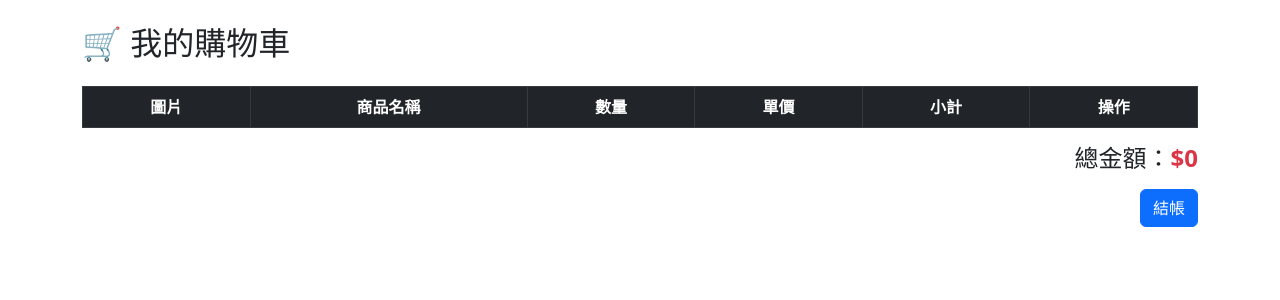
Repository: Yulissa-wu/eshop
Page: echopwsq/src/main/webapp/WEB-INF/views/cart.html
An editor plug-in stored every save of this project. The page is shown before and after the next save, followed by the edit.
The browser window is 1280 px wide. The pictures show the whole page.

Above is the page before, as saved 2025-10-29 01:39:11.

After the next save:
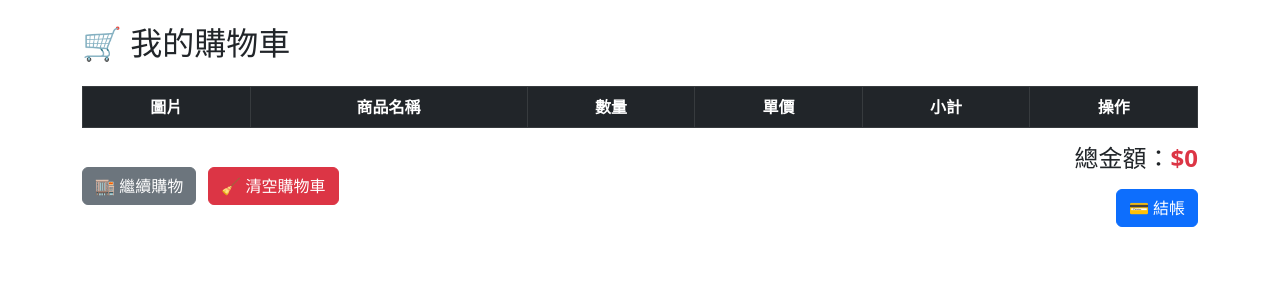
Saved 2 min 10 s later.
--- a/echopwsq/src/main/webapp/WEB-INF/views/cart.html
+++ b/echopwsq/src/main/webapp/WEB-INF/views/cart.html
@@ -8,6 +8,7 @@
 <body>
 <div class="container mt-4">
     <h2 class="mb-4">🛒 我的購物車</h2>
+
     <table class="table table-bordered text-center align-middle">
         <thead class="table-dark">
         <tr>
@@ -24,9 +25,15 @@
         </tbody>
     </table>
 
-    <div class="text-end">
-        <h4>總金額：<span id="cartTotal" class="text-danger fw-bold">$0</span></h4>
-        <button class="btn btn-primary mt-2" onclick="checkout()">結帳</button>
+    <div class="d-flex justify-content-between align-items-center mt-3">
+        <div>
+            <button class="btn btn-secondary me-2" onclick="continueShopping()">🏬 繼續購物</button>
+            <button class="btn btn-danger" onclick="clearCart()">🧹 清空購物車</button>
+        </div>
+        <div class="text-end">
+            <h4>總金額：<span id="cartTotal" class="text-danger fw-bold">$0</span></h4>
+            <button class="btn btn-primary mt-2" onclick="checkout()">💳 結帳</button>
+        </div>
     </div>
 </div>
 
